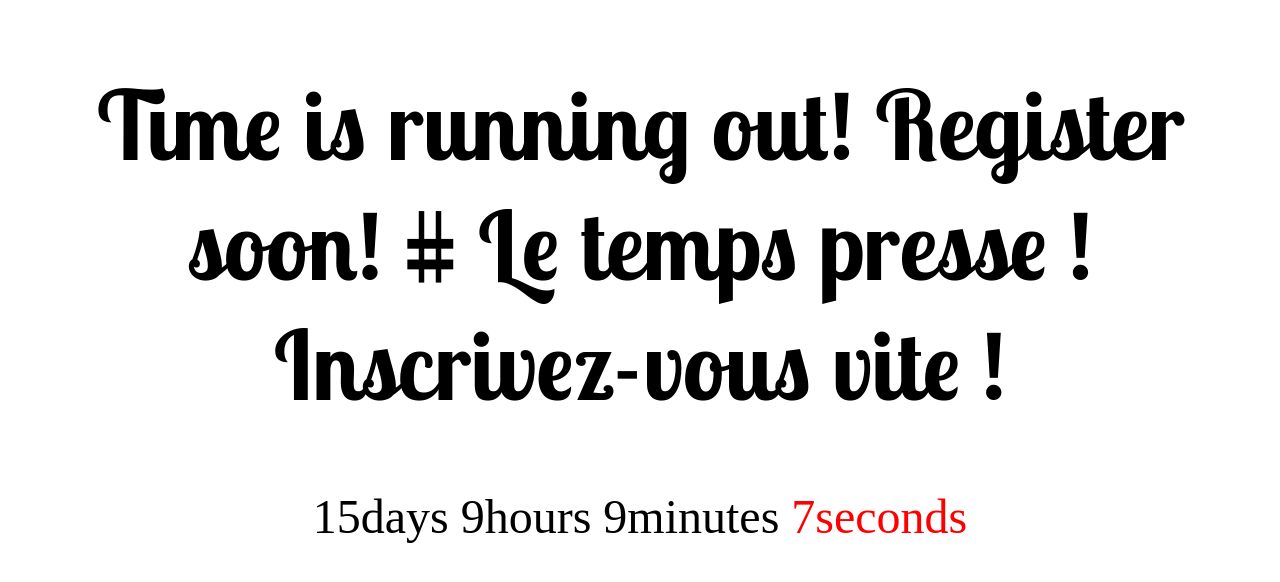
Repository: sinarinzifabrice/Events
Page: index.html
An editor plug-in stored every save of this project. The page is shown before and after a run of saves, followed by the edit.
The browser window is 1280 px wide. The pictures show the whole page.

Above is the page before, as saved 2024-05-16 18:52:40.

### index.html
<!DOCTYPE html>
<html lang="en">
<head>
  <meta charset="UTF-8">
  <meta name="viewport" content="width=device-width, initial-scale=1.0">
  <link rel="preconnect" href="https://fonts.googleapis.com">
<link rel="preconnect" href="https://fonts.gstatic.com" crossorigin>
<link href="https://fonts.googleapis.com/css2?family=Lobster+Two:ital,wght@0,700;1,700&family=Poppins:wght@300;400;600;700&display=swap" rel="stylesheet">
  <title>Countdown Timer</title>
  <style>
   h1{
      font-family: "Lobster Two", sans-serif;
      font-weight: 400;
      font-style: normal;
   }
    .countdown {
      font-size: 3em;
      text-align: center;
    }
    .red {
      color: red;
    }
  </style>
</head>
<body>

   <div class="countdown"><h1>Time is running out! Register soon!

      # Le temps presse ! Inscrivez-vous vite !</h1></div>
   <div id="countdown" class="countdown"></div>



<script>
  // Set the date we're counting down to
  var countDownDate = new Date("May 29, 2024 19:00:00").getTime();

  // Update the countdown every 1 second
  var x = setInterval(function() {

    // Get the current date and time
    var now = new Date().getTime();

    // Calculate the remaining time
    var distance = countDownDate - now;

    // Calculate days, hours, minutes and seconds
    var days = Math.floor(distance / (1000 * 60 * 60 * 24));
    var hours = Math.floor((distance % (1000 * 60 * 60 * 24)) / (1000 * 60 * 60));
    var minutes = Math.floor((distance % (1000 * 60 * 60)) / (1000 * 60));
    var seconds = Math.floor((distance % (1000 * 60)) / 1000);

    // Display the countdown
    document.getElementById("countdown").innerHTML = days + "days " + hours + "hours "
    + minutes + "minutes <span class='red'>" + seconds + "seconds</span>";

    // If the countdown is over, display a message
    if (distance < 0) {
      clearInterval(x);
      document.getElementById("countdown").innerHTML = "EXPIRED";
    }
  }, 1000);
</script>

</body>
</html>

After the next 2 saves:
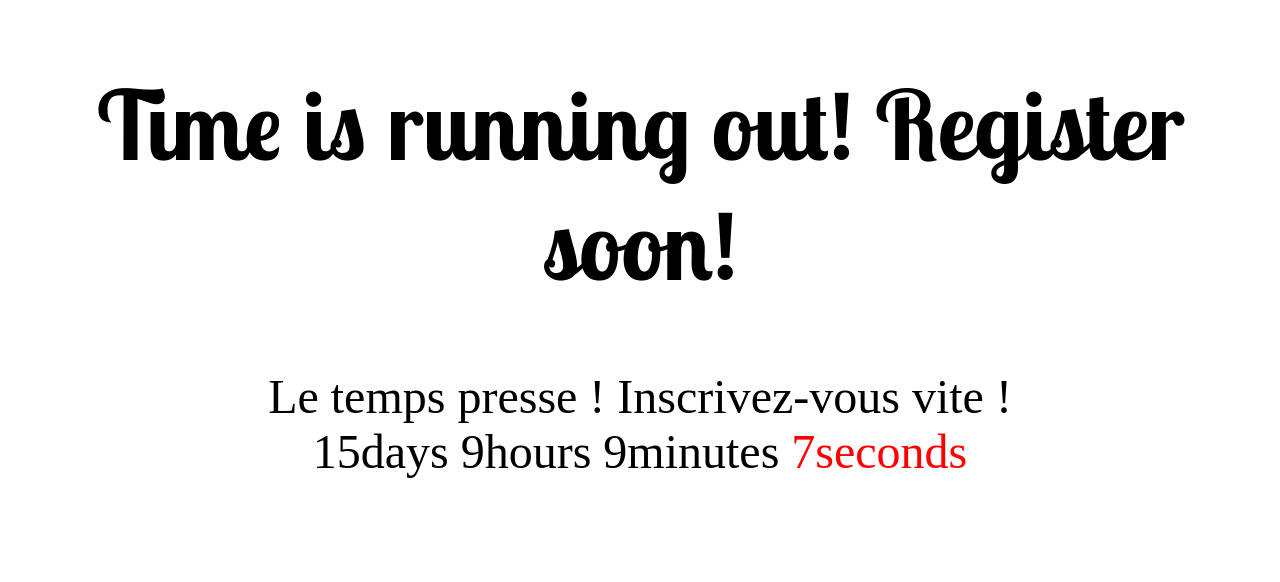
The 2 saves are shown as one change because they came seconds apart.
The last was saved 8 s later.
--- a/index.html
+++ b/index.html
@@ -26,7 +26,7 @@
 
    <div class="countdown"><h1>Time is running out! Register soon!
 
-      # Le temps presse ! Inscrivez-vous vite !</h1></div>
+      <h1></h1>Le temps presse ! Inscrivez-vous vite !</h1></div>
    <div id="countdown" class="countdown"></div>
 
 
